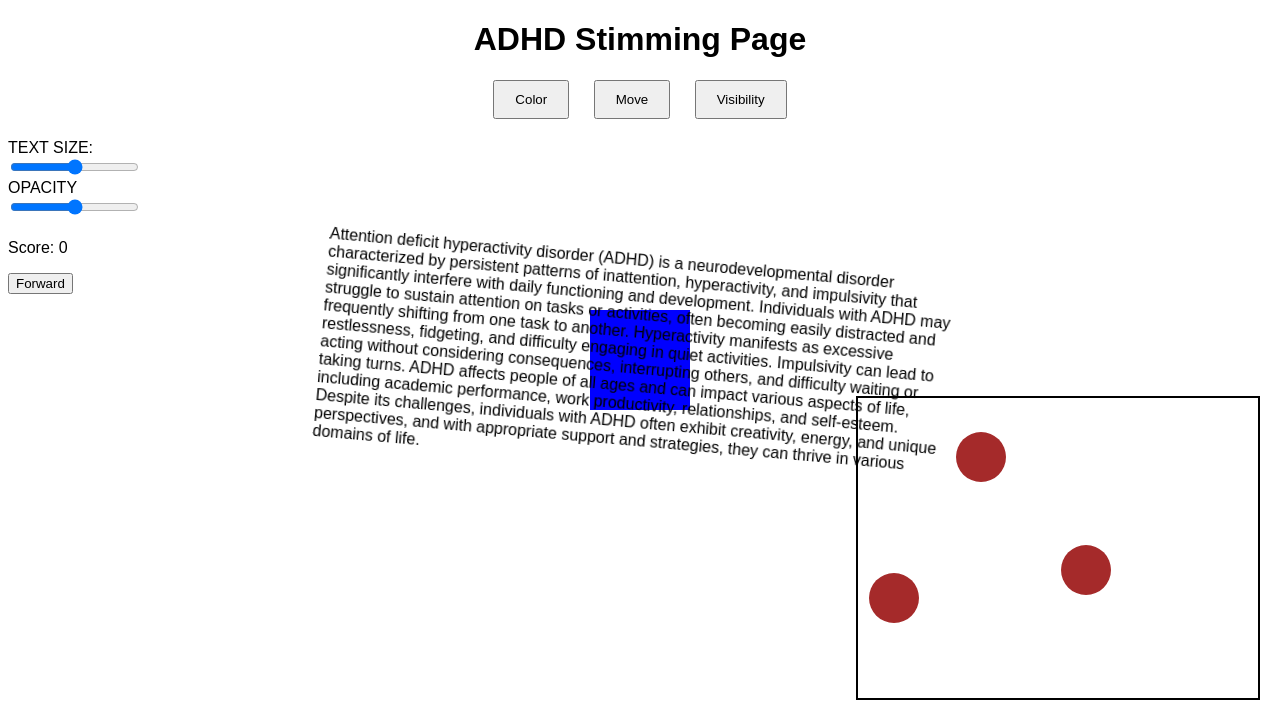
Repository: anderscederberg11/unhandledRuntimeError.json
Page: Henver/henver3.html
An editor plug-in stored every save of this project. The page is shown before and after the next save, followed by the edit.
The browser window is 1280 px wide. The pictures show the whole page.

Above is the page before, as saved 2024-05-24 20:01:39.

### Henver/henver3.html
<!DOCTYPE html>
<html lang="en">
<head>
    <meta charset="UTF-8">
    <meta name="viewport" content="width=device-width, initial-scale=1.0">
    <title>HenverADHD</title>
    <link rel="stylesheet" href="henver3.css">
</head>
<body>
    <h1>ADHD Stimming Page</h1>
    <audio id="background-music" src="/Henver/imgs/what.mp3" autoplay></audio>
    <div class="buttons">
      <button onclick="changeColor()">Color</button>
      <button onclick="moveElement()">Move</button>
      <button onclick="toggleVisibility()">Visibility</button>
    </div>

    <div class="sliders">
      <label for="slider1">TEXT SIZE:</label>
      <input type="range" id="slider1" min="0" max="100" value="50" onchange="adjustFontSize(this.value)">
      <label for="slider2">OPACITY</label>
      <input type="range" id="slider2" min="0" max="100" value="50" onchange="adjustOpacity(this.value)">
    </div>

    <div id="movableElement" class="movable-element"></div>

    <div class="floating-paragraph">
        <p>Attention deficit hyperactivity disorder (ADHD) is a neurodevelopmental disorder characterized by persistent patterns of inattention, hyperactivity, and impulsivity that significantly interfere with daily functioning and development. Individuals with ADHD may struggle to sustain attention on tasks or activities, often becoming easily distracted and frequently shifting from one task to another. Hyperactivity manifests as excessive restlessness, fidgeting, and difficulty engaging in quiet activities. Impulsivity can lead to acting without considering consequences, interrupting others, and difficulty waiting or taking turns. ADHD affects people of all ages and can impact various aspects of life, including academic performance, work productivity, relationships, and self-esteem. Despite its challenges, individuals with ADHD often exhibit creativity, energy, and unique perspectives, and with appropriate support and strategies, they can thrive in various domains of life.</p>
      </div>

      <div class="game-container" onclick="whackMole()">
        <div class="mole" id="mole1"></div>
        <div class="mole" id="mole2"></div>
        <div class="mole" id="mole3"></div>
      </div>

      <p>Score: <span id="score">0</span></p>

      <button onclick="redirectToAnotherPage()">Forward</button>

<script>
    function changeColor() {
  const colors = ["red", "green", "blue", "yellow", "purple", "orange"];
  const randomColor = colors[Math.floor(Math.random() * colors.length)];
  document.body.style.backgroundColor = randomColor;
}

function moveElement() {
  const element = document.getElementById("movableElement");
  const randomX = Math.random() * (window.innerWidth - element.offsetWidth);
  const randomY = Math.random() * (window.innerHeight - element.offsetHeight);
  element.style.left = randomX + "px";
  element.style.top = randomY + "px";
}

function toggleVisibility() {
  const element = document.getElementById("movableElement");
  element.style.display = element.style.display === "none" ? "block" : "none";
}

function adjustFontSize(value) {
  document.body.style.fontSize = value + "px";
}

function adjustOpacity(value) {
  document.getElementById("movableElement").style.opacity = value / 100;
}
let score = 0;

function changeColor() {
  const colors = ["red", "green", "blue", "yellow", "purple", "orange"];
  const randomColor = colors[Math.floor(Math.random() * colors.length)];
  document.body.style.backgroundColor = randomColor;
}

function moveElement() {
  const element = document.getElementById("movableElement");
  const randomX = Math.random() * (window.innerWidth - element.offsetWidth);
  const randomY = Math.random() * (window.innerHeight - element.offsetHeight);
  element.style.left = randomX + "px";
  element.style.top = randomY + "px";
}

function toggleVisibility() {
  const element = document.getElementById("movableElement");
  element.style.display = element.style.display === "none" ? "block" : "none";
}

function adjustFontSize(value) {
  document.body.style.fontSize = value + "px";
}

function adjustOpacity(value) {
  document.getElementById("movableElement").style.opacity = value / 100;
}

function redirect() {
            window.location.href = "index.html";
        }

function whackMole() {
  event.target.style.display = "none";
  score++;
  document.getElementById("score").innerText = score;
}

function showMole(mole) {
  mole.style.display = "block";
  const randomX = Math.random() * 350;
  const randomY = Math.random() * 250;
  mole.style.left = randomX + "px";
  mole.style.top = randomY + "px";
}

setInterval(() => {
  const moles = document.querySelectorAll(".mole");
  moles.forEach((mole) => {
    showMole(mole);
  });
}, 1000);
</script>
</body>
</html>

### Henver/henver3.css
body {
    font-family: Arial, sans-serif;
  }

  h1 {
    text-align: center;
  }

  .buttons {
    text-align: center;
    margin-bottom: 20px;
  }

  .buttons button {
    padding: 10px 20px;
    margin: 0 10px;
  }

  .sliders {
    margin-bottom: 20px;
  }

  .sliders label {
    display: block;
  }

  .movable-element {
    width: 100px;
    height: 100px;
    background-color: blue;
    position: absolute;
    top: 50%;
    left: 50%;
    transform: translate(-50%, -50%);
  }
  .floating-paragraph {
    position: fixed;
    top: 50%;
    left: 50%;
    transform: translate(-50%, -50%);
    animation: floatAndMove 10s infinite alternate;
  }

  .game-container {
    position: fixed;
    bottom: 20px;
    right: 20px;
    width: 400px;
    height: 300px;
    border: 2px solid black;
    overflow: hidden;
}

.mole {
    position: absolute;
    width: 50px;
    height: 50px;
    background-color: brown;
    border-radius: 50%;
    cursor: pointer;
    display: none;
}
  @keyframes floatAndMove {
    0% {
      transform: translate(-50%, -50%) rotate(0deg);
    }
    50% {
      transform: translate(-50%, -50%) rotate(5deg);
    }
    100% {
      transform: translate(-50%, -50%) rotate(0deg);
    }
  }

After the next save:
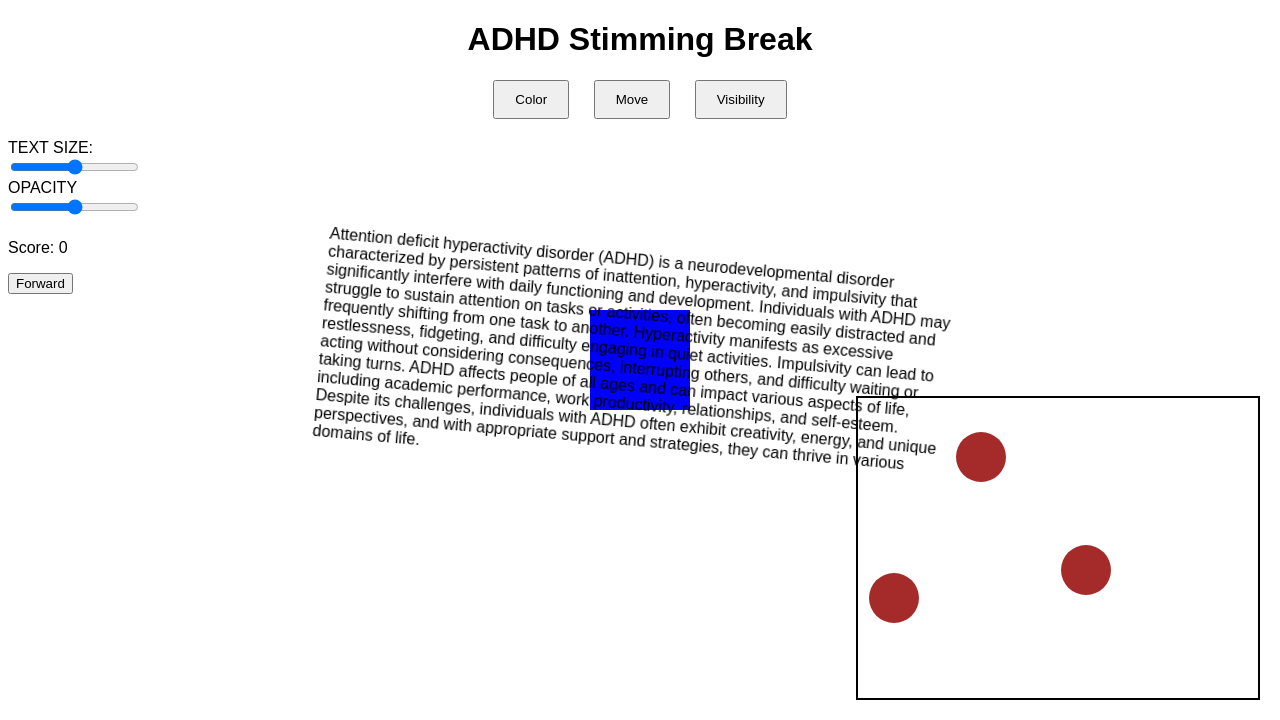
Saved 43 s later.
--- a/Henver/henver3.html
+++ b/Henver/henver3.html
@@ -7,7 +7,7 @@
     <link rel="stylesheet" href="henver3.css">
 </head>
 <body>
-    <h1>ADHD Stimming Page</h1>
+    <h1>ADHD Stimming Break</h1>
     <audio id="background-music" src="/Henver/imgs/what.mp3" autoplay></audio>
     <div class="buttons">
       <button onclick="changeColor()">Color</button>
